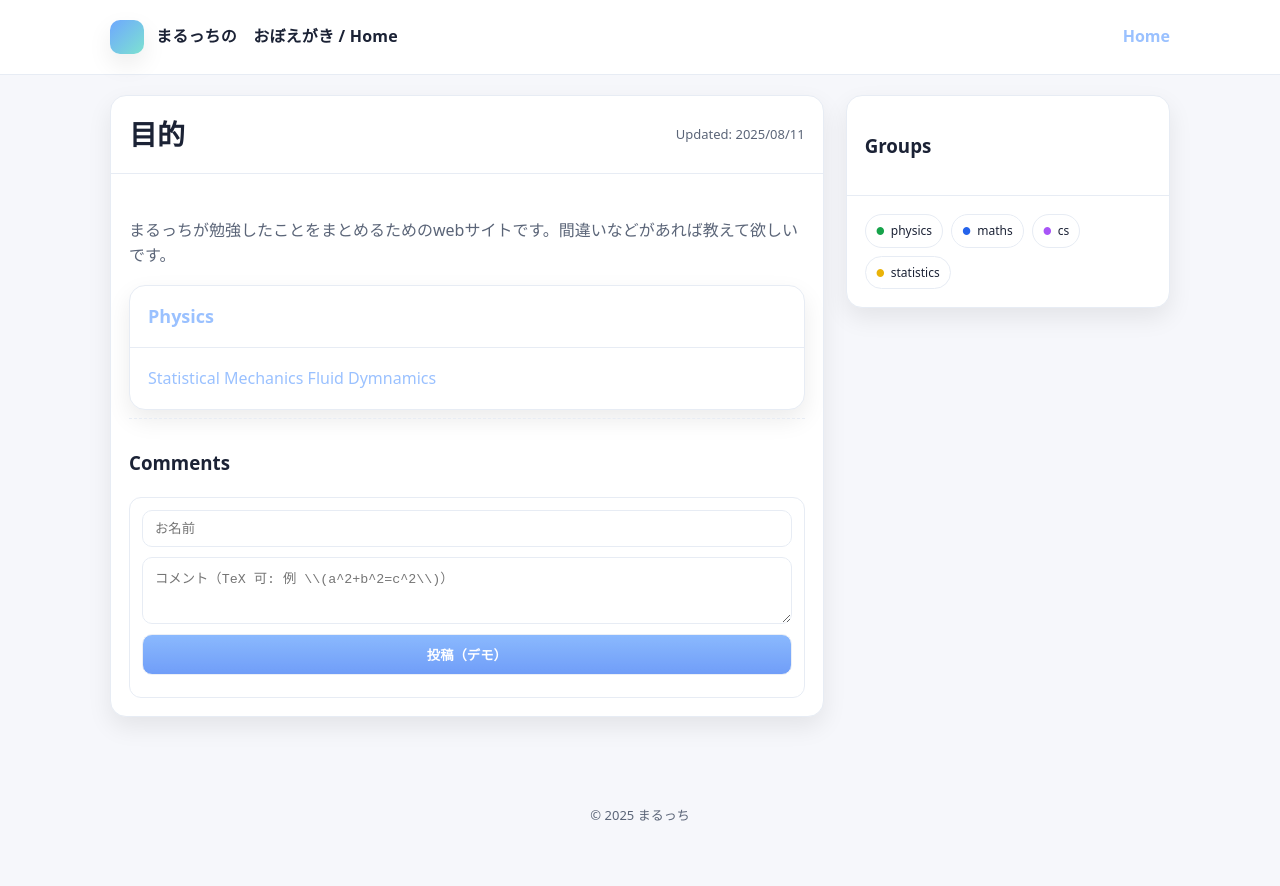
Repository: Riki-Mochimaru/tureduretunedune
Page: index.html
These files come from the project's save history. The page is drawn as it stood at one moment and after the next save; the edit follows.
The browser window is 1280 px wide. The pictures show the whole page.

Above is the page before, as saved 2025-08-11 23:48:08.

### index.html
<!DOCTYPE html>
<html lang="ja">
<head>
  <meta charset="utf-8" />
  <meta name="viewport" content="width=device-width, initial-scale=1" />
  <title>まるっちの おぼえがき— Home</title>
  <link rel="stylesheet" href="assets/styles.css">
</head>
<body>
  <header class="site">
    <div class="shell row">
      <div class="brand"><div class="brand-badge"></div><div>まるっちの　おぼえがき / Home</div></div>
      <nav>
        <a href="./">Home</a>
      </nav>
    </div>
  </header>

  <main class="shell">
    <section class="grid" aria-label="Articles and sidebar">
      <div>
        <article class="card post">
          <div class="hd">
            <h2>目的</h2>
            <div class="meta"><span>Updated: <time data-auto-updated datetime="">—</time></span></div>
          </div>
          <div class="bd">
            <p class="lead">まるっちが勉強したことをまとめるためのwebサイトです。間違いなどがあれば教えて欲しいです。</p>
            <div class="tags">
              <!-- <span class="tag" data-g="math"></span>
              <span class="tag" data-g="cs">#cs</span> -->
            </div>

            <!-- <h3>数式の例</h3>
            <div class="math">\\[ E = mc^2 \\]</div> -->
            <article class="card">
              <div class="hd"><h2 style="font-size:18px; margin:0;">
              <a href="physics/">Physics</a>
              </h2></div>
              <div class="bd">
                <a href="physics/SM/">Statistical Mechanics</a>
                <a href="physics/FluidDynamics/">Fluid Dymnamics</a>
            </article>


            <section class="comments">
              <h3>Comments</h3>
              <form class="form" action="#" method="post">
                <input class="input" name="who" placeholder="お名前" required>
                <textarea class="textarea" name="body" rows="3" placeholder="コメント（TeX 可: 例 \\(a^2+b^2=c^2\\)）" required></textarea>
                <button class="btn" type="button" aria-disabled="true">投稿（デモ）</button>
                <div class="hint"></div>
              </form>
            </section>
          </div>
        </article>
      </div>

      <aside class="aside">
        <section class="card">
          <div class="hd"><h3>Groups</h3></div>
          <div class="bd">
            <div class="tags">
              <span class="tag" data-g="phys">physics</span>
              <span class="tag" data-g="math">maths</span>
              <span class="tag" data-g="cs">cs</span>
              <span class="tag" data-g="stats">statistics</span>
            </div>
          </div>
        </section>
      </aside>
    </section>
  </main>

  <footer class="site"><div class="shell">© 2025 まるっち</div></footer>

  <!-- 数式レンダリング（必要なら有効化） -->
  <script>
    window.MathJax = {
      tex: { inlineMath: [['$','$'], ['\\(','\\)']], displayMath: [['$$','$$'], ['\\[','\\]']] },
      options: { renderActions: { addMenu: [] } }
    };
  </script>
  <script src="https://cdn.jsdelivr.net/npm/mathjax@3/es5/tex-mml-chtml.js" async></script>
  <script>
    // Client-side: auto-fill "Updated" date from document.lastModified
    document.querySelectorAll('time[data-auto-updated]').forEach(t => {
      const d = new Date(document.lastModified);
      // ISO (yyyy-mm-dd)
      const iso = new Date(d.getTime() - d.getTimezoneOffset()*60000)
                    .toISOString().slice(0,10);
      t.setAttribute('datetime', iso);
      // Human-readable in Japanese (Asia/Tokyo)
      t.textContent = d.toLocaleDateString('ja-JP', {
        timeZone: 'Asia/Tokyo', year: 'numeric', month: '2-digit', day: '2-digit'
      });
    });
    </script>
</body>
</html>

### assets/styles.css
/* styles.css — Science Notes
   House style: British English prose; American English in code comments.
*/

/* =========================
   Design tokens
   ========================= */
   :root {
    --bg: #0b0c10;
    --surface: #0f1117;
    --card: #121520;
    --text: #e8ecf8;
    --subtle: #9aa3b2;
    --border: #1e2636;
    --brand: #6ea8fe;
    --accent: #7de2d1;
    --warn: #ffd166;
    --danger: #ff6b6b;
    --radius: 16px;
    --shadow: 0 10px 24px rgba(0,0,0,.35), 0 1px 0 rgba(255,255,255,.04) inset;
    --font-sans: ui-sans-serif, system-ui, -apple-system, Segoe UI, Roboto, Noto Sans JP, "Helvetica Neue", Arial;
    --font-mono: ui-monospace, SFMono-Regular, Menlo, Monaco, Consolas, "Liberation Mono", monospace;
  }
  @media (prefers-color-scheme: light) {
    :root {
      --bg: #f6f7fb; --surface: #ffffff; --card: #ffffff; --text: #1b2235; --subtle: #5b6578; --border: #e7ecf4;
      --shadow: 0 10px 24px rgba(0,0,0,.08);
    }
  }

  /* Base */
  *, *::before, *::after { box-sizing: border-box; }
  html, body { height: 100%; }
  body { margin: 0; font-family: var(--font-sans); background: var(--bg); color: var(--text); line-height: 1.6; }
  /* Accessible link look */
  a { color: #9ac1ff; text-decoration: none; }
  a:hover { text-decoration: underline; }

  /* Header */
  header.site { position: sticky; top: 0; z-index: 10; background: color-mix(in oklab, var(--surface) 92%, transparent); border-bottom: 1px solid var(--border); backdrop-filter: blur(6px); }
  .shell { max-width: 1100px; margin: 0 auto; padding: 20px; }
  .row { display: grid; grid-template-columns: 1fr auto; align-items: center; gap: 16px; }
  .brand { display: flex; align-items: center; gap: 12px; font-weight: 800; letter-spacing: .2px; }
  .brand-badge { width: 34px; height: 34px; border-radius: 10px; background: linear-gradient(135deg, var(--brand), var(--accent)); box-shadow: var(--shadow); }
  nav a { margin-left: 16px; font-weight: 600; }

  /* Layout */
  main { padding-top: 10px; }
  .grid { display: grid; grid-template-columns: 2.2fr 1fr; gap: 22px; align-items: start; }
  @media (max-width: 980px) { .grid { grid-template-columns: 1fr; } }

  /* Cards */
  .card { background: var(--card); border: 1px solid var(--border); border-radius: var(--radius); box-shadow: var(--shadow); overflow: clip; }
  .card .hd { padding: 16px 18px; border-bottom: 1px solid var(--border); display:flex; align-items:center; justify-content: space-between; }
  .card .bd { padding: 18px; }

  /* Tag/Group chips */
  .tags { display:flex; flex-wrap: wrap; gap: 8px; }
  .tag { --c: #334155; color: var(--text); font-size: 12px; padding: 6px 10px; border: 1px solid var(--border); border-radius: 999px; background: color-mix(in oklab, var(--card) 88%, transparent); }
  .tag[data-g="math"]   { --c: #2563eb; }
  .tag[data-g="phys"]   { --c: #16a34a; }
  .tag[data-g="cs"]     { --c: #a855f7; }
  .tag[data-g="stats"]  { --c: #eab308; }
  .tag[data-g="ethics"] { --c: #ef4444; }
  .tag::before { content: "●"; font-size: 10px; margin-right: 6px; color: var(--c); }

  /* Article */
  article.post { display: grid; gap: 10px; }
  article.post h2 { margin: 0; font-size: clamp(20px, 2.6vw, 28px); }
  .meta { color: var(--subtle); font-size: 13px; display:flex; gap: 12px; flex-wrap: wrap; }
  .lead { color: var(--subtle); }

  /* Math blocks (TeX text before JS render) */
  .math { font-family: var(--font-mono); background: color-mix(in oklab, var(--card) 90%, transparent); border: 1px dashed var(--border); border-radius: 10px; padding: 10px 12px; overflow:auto; }
  .eqno { float: right; color: var(--subtle); margin-left: 8px; }

  /* Comment UI (static) */
  .comments { margin-top: 8px; border-top: 1px dashed var(--border); padding-top: 10px; }
  .comment { display: grid; grid-template-columns: 40px 1fr; gap: 10px; padding: 12px 0; }
  .comment + .comment { border-top: 1px dashed var(--border); }
  .avatar { width: 40px; height: 40px; border-radius: 50%; background: linear-gradient(135deg, var(--brand), var(--accent)); display:grid; place-items:center; font-weight: 800; color: #0008; }
  .who { font-weight: 700; }
  .when { color: var(--subtle); font-size: 12px; }

  /* Simple form look (non-functional without JS/backend) */
  .form { display: grid; gap: 10px; background: color-mix(in oklab, var(--card) 90%, transparent); border: 1px solid var(--border); border-radius: 12px; padding: 12px; }
  .input, .textarea { width: 100%; padding: 10px 12px; border-radius: 10px; border: 1px solid var(--border); background: var(--surface); color: var(--text); outline: none; }
  .input:focus, .textarea:focus { box-shadow: 0 0 0 6px #2a5fff33; }
  .btn { display: inline-flex; align-items: center; justify-content: center; gap: 8px; padding: 10px 14px; font-weight: 700; border-radius: 10px; border: 1px solid var(--border); background: linear-gradient(180deg, var(--brand), #4d86f7); color: #fff; cursor: not-allowed; opacity: .8; }
  .hint { font-size: 12px; color: var(--subtle); }

  /* Aside */
  .aside .card + .card { margin-top: 18px; }
  .list { display: grid; gap: 10px; }

  /* Footer */
  footer.site { margin-top: 28px; color: var(--subtle); font-size: 13px; text-align: center; padding: 20px 0 40px; }

  /* Print */
  @media print {
    header.site, footer.site { display:none; }
    .card { box-shadow: none; border-color: #ccc; }
    a { color: #000; text-decoration: none; }
  }

After the next save:
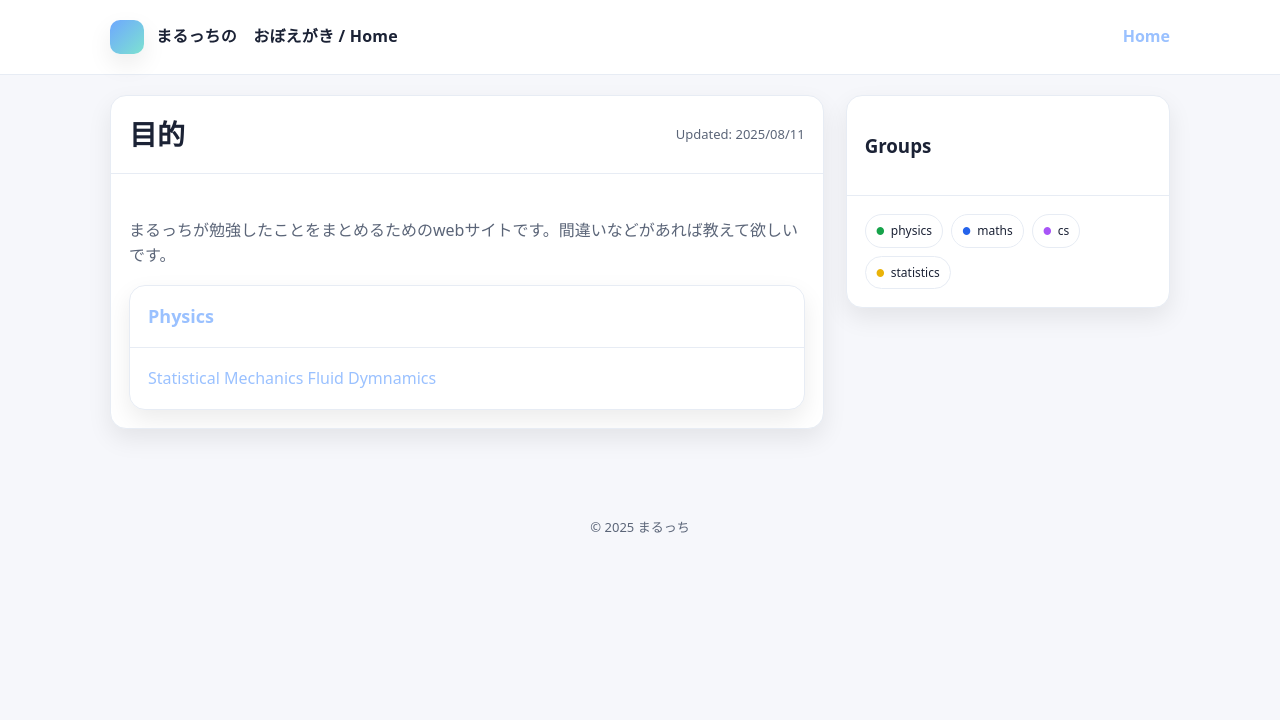
Saved 3 min 56 s later.
--- a/index.html
+++ b/index.html
@@ -43,15 +43,6 @@
             </article>
 
 
-            <section class="comments">
-              <h3>Comments</h3>
-              <form class="form" action="#" method="post">
-                <input class="input" name="who" placeholder="お名前" required>
-                <textarea class="textarea" name="body" rows="3" placeholder="コメント（TeX 可: 例 \\(a^2+b^2=c^2\\)）" required></textarea>
-                <button class="btn" type="button" aria-disabled="true">投稿（デモ）</button>
-                <div class="hint"></div>
-              </form>
-            </section>
           </div>
         </article>
       </div>
